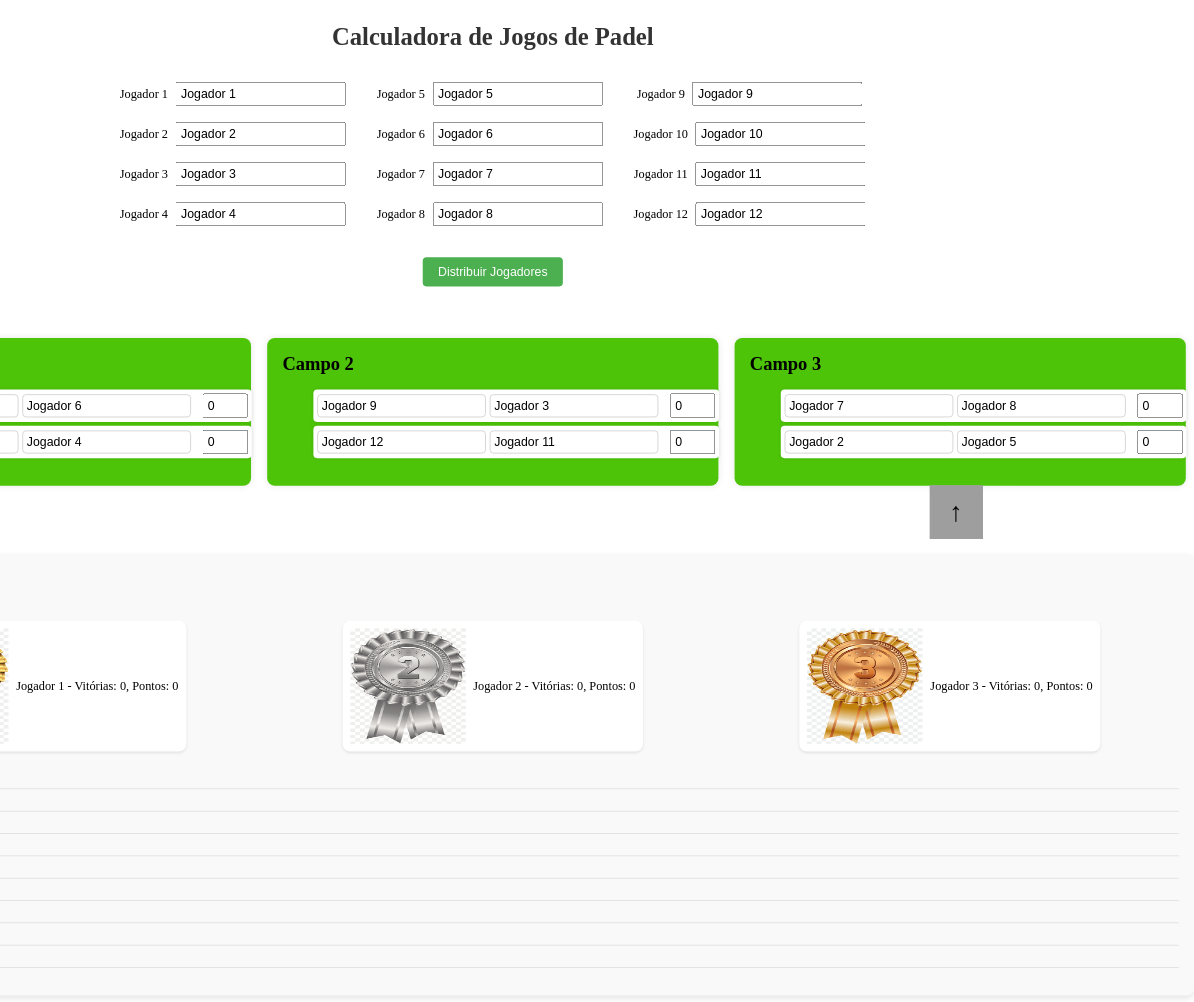
Repository: MarcioMiguel22/PadelMaster
Page: /calculadora, after clicking the first element matching `button.distribute-button`
The author's editor kept a copy of each file at every save. The page is drawn from the files as they stood at one save, then again after the next save.
The browser window is 1280 px wide. The page is 1551 px wide, so the pictures cover 1551 px, including what lies to the right of the window. The pictures show the whole page, at 77% of full size.
Pictures or frames that could not be fetched are drawn as grey boxes. The project was rebuilt for these pictures with package versions that can differ from the ones it lists, and the page was loaded fresh each time. Also part of the build but not shown: vite.config.ts, src/pages/Home/Home.tsx, src/index.css.

Above is the page before, as saved 2024-06-14 15:04:35.

### src/main.tsx
///home/marciomiguel/code/MarcioMiguel22/Sites/PadelMaster/src/main.tsx
import { render } from 'react-dom';
import { StrictMode } from 'react';
import App from './App';
import './index.css';

const root = document.getElementById('root')!;
render(
  <StrictMode>
    <App />
  </StrictMode>,
  root
);

### src/App.tsx

///home/marciomiguel/code/MarcioMiguel22/Sites/PadelMaster/src/App.tsx

import { BrowserRouter, Routes, Route } from 'react-router-dom';
import Home from './pages/Home/Home';
import Calculadora from './pages/Calculadora/Calculadora';

function App() {
  return (
    <BrowserRouter>
      <Routes>
        <Route path="/" element={<Home />} />
        <Route path="/calculadora" element={<Calculadora />} /> // Wrap Calculadora component with curly braces
      </Routes>
    </BrowserRouter>
  );
}

export default App

### src/pages/Calculadora/Calculadora.tsx
import React, { useState } from 'react';
import './Calculadora.css';
import JogadoresLista from '../../components/components_calculadora/JogadoresLista';
import Jogo from '../../components/components_calculadora/Jogo';
import Ranking from '../../components/components_calculadora/Ranking';
import { Jogador, Time, Campo as CampoType } from '../../utils/types/types'; // Importando os tipos
import { iniciarProximoJogo } from '../../components/components_calculadora/logic/gameLogic'; // Importando a função
import ScrollToTopButton from '../../components/components_calculadora/ScrollToTopButton'; // Importando o novo componente

const jogadoresIniciais: Jogador[] = Array.from({ length: 12 }, (_, i) => ({
  id: i + 1,
  nome: `Jogador ${i + 1}`,
  vitorias: 0,
  pontos: 0,
}));

const embaralharArray = <T,>(array: T[]): T[] => {
  const copiaArray = [...array];
  for (let i = copiaArray.length - 1; i > 0; i--) {
    const j = Math.floor(Math.random() * (i + 1));
    [copiaArray[i], copiaArray[j]] = [copiaArray[j], copiaArray[i]];
  }
  return copiaArray;
};

const criarTimes = (jogadores: Jogador[]): Time[] => {
  const jogadoresEmbaralhados = embaralharArray(jogadores);
  const times: Time[] = [];
  for (let i = 0; i < jogadoresEmbaralhados.length; i += 2) {
    times.push({ jogadores: jogadoresEmbaralhados.slice(i, i + 2), resultado: 0 });
  }
  return times;
};

const criarCampos = (times: Time[]): CampoType[] => [
  { id: 1, times: times.slice(0, 2) },
  { id: 2, times: times.slice(2, 4) },
  { id: 3, times: times.slice(4, 6) },
];

const CalculadoraApp: React.FC = () => {
  const [jogadores, setJogadores] = useState<Jogador[]>(jogadoresIniciais);
  const [jogos, setJogos] = useState<CampoType[][]>([]);

  const handleNomeChange = (id: number, novoNome: string) => {
    setJogadores(jogadores.map(jogador =>
      jogador.id === id ? { ...jogador, nome: novoNome } : jogador
    ));
  };

  const handleResultadoChange = (jogoIndex: number, campoId: number, timeIndex: number, novoResultado: number) => {
    setJogos(jogos.map((jogo, idx) =>
      idx === jogoIndex
        ? jogo.map(campo =>
            campo.id === campoId
              ? {
                  ...campo,
                  times: campo.times.map((time, index) =>
                    index === timeIndex ? { ...time, resultado: novoResultado } : time
                  ),
                }
              : campo
          )
        : jogo
    ));
  };

  const handleNomeEdit = (jogoIndex: number, campoId: number, timeIndex: number, jogadorIndex: number, novoNome: string) => {
    setJogos(jogos.map((jogo, idx) =>
      idx === jogoIndex
        ? jogo.map(campo =>
            campo.id === campoId
              ? {
                  ...campo,
                  times: campo.times.map((time, tIdx) =>
                    tIdx === timeIndex
                      ? {
                          ...time,
                          jogadores: time.jogadores.map((jogador, jIdx) =>
                            jIdx === jogadorIndex ? { ...jogador, nome: novoNome } : jogador
                          ),
                        }
                      : time
                  ),
                }
              : campo
          )
        : jogo
    ));
  };

  const distribuirJogadores = () => {
    const times = criarTimes(jogadores);
    const novosCampos = criarCampos(times);
    setJogos([novosCampos]);
  };

  const getTeamClass = (campo: CampoType, timeIndex: number): string => {
    if (campo.times.length < 2) return '';
    const resultadoAtual = campo.times[timeIndex].resultado;
    const resultadoOponente = campo.times[1 - timeIndex]?.resultado;
    if (resultadoAtual > resultadoOponente) return 'team vencedor';
    if (resultadoAtual < resultadoOponente) return 'team perdedor';
    return 'team';
  };

  const jogadoresClassificados = [...jogadores].sort((a, b) => {
    if (b.vitorias === a.vitorias) {
      return b.pontos - a.pontos;
    }
    return b.vitorias - a.vitorias;
  });

  return (
    <div className="calculadora-container">
      <h1>Calculadora de Jogos de Padel</h1>
      <div className="main-content">
        <JogadoresLista jogadores={jogadores} handleNomeChange={handleNomeChange} />
        <div className="fields-container">
          <button onClick={distribuirJogadores} className="distribute-button">Distribuir Jogadores</button>
          {jogos.map((jogo, jogoIndex) => (
            <Jogo
              key={jogoIndex}
              jogo={jogo}
              jogoIndex={jogoIndex}
              handleResultadoChange={handleResultadoChange}
              handleNomeEdit={handleNomeEdit}
              getTeamClass={getTeamClass}
            />
          ))}
        </div>
        {jogos.length > 0 && jogos.length < 5 && (
          <button onClick={() => iniciarProximoJogo(jogos, setJogos)} className="distribute-button">Jogo {jogos.length + 1}</button>
        )}
        <ScrollToTopButton />
        <Ranking jogadoresClassificados={jogadoresClassificados} />
      </div>
    </div>
  );
};

export default CalculadoraApp;

### src/pages/Home/Home.module.css
.padel-container {
  text-align: center;
  background-color: white;
  padding: 20px;
  border-radius: 10px;
  box-shadow: 0 0 10px rgba(0, 0, 0, 0.1);
}

h1 {
  color: #333;
  margin-bottom: 20px;
}

.padel-image {
  max-width: 50%;
  height: auto;
  border-radius: 10px;
  margin-bottom: 20px;
}

.enter-button {
  background-image: url('../../assets/images/tennis-ball.png'); /* Ensure the path is correct */
  background-size: cover;
  background-position: center;
  background-repeat: no-repeat;
  width: 60px;
  height: 60px;
  border: none;
  border-radius: 50%;
  cursor: pointer;
  padding: 0;
}

.enter-button:hover {
  transform: scale(1.1);
}

### src/pages/Calculadora/Calculadora.css
.calculadora-container {
  /* padding: 20px;
  text-align: center; */
  display: flex;
  flex-direction: column;
  align-items: center;
  gap: 20px;
}

.main-content {
  /* display: flex;
  flex-direction: column;
  align-items: center;*/
  gap: 20px;
}

.jogadores-lista {
  display: flex;
  flex-direction: row;
  justify-content: center;
  gap: 40px;
  /* margin-bottom: 20px; */

}

.jogadores-coluna {
  display: flex;
  flex-direction: column;
  align-items: center;
  gap: 10px;
}

.jogador-item {
  display: flex;
  align-items: center;
  margin-bottom: 10px;
}

.jogador-item label {
  margin-right: 10px;
}

.jogador-item input {
  padding: 5px;
  font-size: 16px;
}

.jogador-input {
  margin-right: 5px;
  padding: 5px;
  font-size: 16px;
  border: 1px solid #ccc;
  border-radius: 5px;
}

.distribute-button, .scroll-to-top {
  background-color: #4CAF50;
  color: white;
  padding: 10px 20px;
  border: none;
  border-radius: 5px;
  cursor: pointer;
  font-size: 16px;
  margin-top: 10px;
}

.distribute-button:hover, .scroll-to-top:hover {
  background-color: #45a049;
}

.fields-container {
  display: flex;
  flex-direction: column;
  align-items: center;
  margin-top: 20px;
}

.jogo {
  margin-bottom: 40px;
}

.campos {
  display: flex;
  justify-content: space-around;
}

.field {
  background-color: #4dc408;
  padding: 20px;
  border-radius: 10px;
  box-shadow: 0 0 10px rgba(0, 0, 0, 0.1);
  width: 30%;
}

.field h2 {
  margin-top: 0;
}

.team {

  list-style-type: none;
  padding: 5px;
  background-color: #fff;
  margin: 5px 0;
  border-radius: 5px;
  box-shadow: 0 0 5px rgba(0, 0, 0, 0.1);
  width:fit-content; /* Ajuste o valor conforme necessário */
}


.team.vencedor {
  background-color: #d4edda; /* Verde claro */
}

.team.perdedor {
  background-color: #f8d7da; /* Vermelho claro */
}

.team div {
  display: flex;
  align-items: center;
}

.team input.resultado-input {
  margin-left: 10px;
  width: 45px;
  padding: 5px;
  font-size: 16px;
}

.ranking-container {
  margin-top: 40px;
}

.ranking-container h2 {
  margin-bottom: 10px;
}

.ranking-container ul {
  list-style-type: none;
  padding: 0;
}

.ranking-container li {
  margin: 5px 0;
}

### src/components/components_calculadora/JogadoresLista.tsx
import React from 'react';
import JogadorItem from './JogadorItem';
import { Jogador } from '../../utils/types/types'; // Importando o tipo Jogador

interface JogadoresListaProps {
  jogadores: Jogador[];
  handleNomeChange: (id: number, novoNome: string) => void;
}

const JogadoresLista: React.FC<JogadoresListaProps> = ({ jogadores, handleNomeChange }) => (
  <div className="jogadores-lista">
    {Array.from({ length: 3 }, (_, i) => (
      <div className="jogadores-coluna" key={i}>
        {jogadores.slice(i * 4, (i + 1) * 4).map(jogador => (
          <JogadorItem
            key={jogador.id}
            jogador={jogador}
            handleNomeChange={handleNomeChange}
          />
        ))}
      </div>
    ))}
  </div>
);

export default JogadoresLista;

### src/components/components_calculadora/Jogo.tsx
import React from 'react';
import Campo from './Campo';
import { Campo as CampoType } from '../../utils/types/types'; // Importando o tipo Campo corretamente

interface JogoProps {
  jogo: CampoType[]; // Usando o tipo importado para definir a propriedade jogo
  jogoIndex: number;
  handleResultadoChange: (jogoIndex: number, campoId: number, timeIndex: number, novoResultado: number) => void;
  handleNomeEdit: (jogoIndex: number, campoId: number, timeIndex: number, jogadorIndex: number, novoNome: string) => void;
  getTeamClass: (campo: CampoType, timeIndex: number) => string;
}

const Jogo: React.FC<JogoProps> = ({ jogo, jogoIndex, handleResultadoChange, handleNomeEdit, getTeamClass }) => (
  <div className="jogo">
    <h2>Resultados Jogo {jogoIndex + 1}</h2>
    <div className="campos">
      {jogo.map(campo => (
        <Campo
          key={campo.id}
          campo={campo}
          jogoIndex={jogoIndex}
          handleResultadoChange={handleResultadoChange}
          handleNomeEdit={handleNomeEdit}
          getTeamClass={getTeamClass}
        />
      ))}
    </div>
  </div>
);

export default Jogo;

### src/components/components_calculadora/Ranking.tsx
import React from 'react';
import ouro from '../../assets/images/ouro.png';
import prata from '../../assets/images/prata.png';
import bronze from '../../assets/images/bronze.png';
import styles from './Ranking.module.css';

interface Jogador {
  id: number;
  nome: string;
  vitorias: number;
  pontos: number;
}

interface RankingProps {
  jogadoresClassificados: Jogador[];
}

const Ranking: React.FC<RankingProps> = ({ jogadoresClassificados }) => {
  const top3 = jogadoresClassificados.slice(0, 3);
  const outrosJogadores = jogadoresClassificados.slice(3);

  const medalhas = [ouro, prata, bronze];

  return (
    <div className={styles.rankingContainer}>
      <h2>Ranking dos Jogadores</h2>
      <div className={styles.top3Container}>
        {top3.map((jogador, index) => (
          <div key={jogador.id} className={styles.top3Item}>
            <img src={medalhas[index]} alt={`Medalha de ${index + 1}`} className={styles.medalha} />
            {jogador.nome} - Vitórias: {jogador.vitorias}, Pontos: {jogador.pontos}
          </div>
        ))}
      </div>
      <ul className={styles.outrosJogadores}>
        {outrosJogadores.map((jogador) => (
          <li key={jogador.id}>
            {jogador.nome} - Vitórias: {jogador.vitorias}, Pontos: {jogador.pontos}
          </li>
        ))}
      </ul>
    </div>
  );
};

export default Ranking;

### src/components/components_calculadora/logic/gameLogic.ts
import { Jogador, Campo as CampoType } from '../../../utils/types/types';

export const separarDuplas = (jogadores: Jogador[]): Jogador[] => {
  const separados: Jogador[] = [];
  while (jogadores.length) {
    const [jogador1, jogador2] = jogadores.splice(0, 2);
    separados.push(jogador1);
    if (jogador2) separados.push(jogador2);
  }
  return separados;
};

export const iniciarProximoJogo = (jogos: CampoType[][], setJogos: React.Dispatch<React.SetStateAction<CampoType[][]>>) => {
  const ultimoJogo = jogos[jogos.length - 1];
  const novosCampos: CampoType[] = [
    { id: 1, times: [] },
    { id: 2, times: [] },
    { id: 3, times: [] },
  ];

  const campo1 = ultimoJogo.find(campo => campo.id === 1);
  const campo2 = ultimoJogo.find(campo => campo.id === 2);
  const campo3 = ultimoJogo.find(campo => campo.id === 3);

  if (campo1 && campo2 && campo3) {
    const [time1Campo1, time2Campo1] = campo1.times;
    const [time1Campo2, time2Campo2] = campo2.times;
    const [time1Campo3, time2Campo3] = campo3.times;

    // Vencedores e perdedores dos campos
    const vencedoresCampo1 = time1Campo1.resultado > time2Campo1.resultado ? time1Campo1.jogadores : time2Campo1.jogadores;
    const perdedoresCampo1 = time1Campo1.resultado > time2Campo1.resultado ? time2Campo1.jogadores : time1Campo1.jogadores;

    const vencedoresCampo2 = time1Campo2.resultado > time2Campo2.resultado ? time1Campo2.jogadores : time2Campo2.jogadores;
    const perdedoresCampo2 = time1Campo2.resultado > time2Campo2.resultado ? time2Campo2.jogadores : time1Campo2.jogadores;

    const vencedoresCampo3 = time1Campo3.resultado > time2Campo3.resultado ? time1Campo3.jogadores : time2Campo3.jogadores;
    const perdedoresCampo3 = time1Campo3.resultado > time2Campo3.resultado ? time2Campo3.jogadores : time1Campo3.jogadores;

    // Atualizar pontuação dos jogadores
    const margemVitoriaCampo1 = Math.abs(time1Campo1.resultado - time2Campo1.resultado);
    const margemVitoriaCampo2 = Math.abs(time1Campo2.resultado - time2Campo2.resultado);
    const margemVitoriaCampo3 = Math.abs(time1Campo3.resultado - time2Campo3.resultado);

    vencedoresCampo1.forEach(jogador => {
      jogador.vitorias += 1;
      jogador.pontos += margemVitoriaCampo1;
    });

    vencedoresCampo2.forEach(jogador => {
      jogador.vitorias += 1;
      jogador.pontos += margemVitoriaCampo2;
    });

    vencedoresCampo3.forEach(jogador => {
      jogador.vitorias += 1;
      jogador.pontos += margemVitoriaCampo3;
    });

    // Campo 1: vencedores do campo 1 e vencedores do campo 2
    novosCampos[0].times.push(
      { jogadores: [vencedoresCampo1[0], vencedoresCampo2[0]], resultado: 0 },
      { jogadores: [vencedoresCampo1[1], vencedoresCampo2[1]], resultado: 0 }
    );

    // Campo 2: perdedores do campo 1 e vencedores do campo 3
    novosCampos[1].times.push(
      { jogadores: [perdedoresCampo1[0], vencedoresCampo3[0]], resultado: 0 },
      { jogadores: [perdedoresCampo1[1], vencedoresCampo3[1]], resultado: 0 }
    );

    // Campo 3: perdedores do campo 2 e perdedores do campo 3
    novosCampos[2].times.push(
      { jogadores: [perdedoresCampo2[0], perdedoresCampo3[0]], resultado: 0 },
      { jogadores: [perdedoresCampo2[1], perdedoresCampo3[1]], resultado: 0 }
    );
  }

  setJogos([...jogos, novosCampos]);
};

### src/components/components_calculadora/ScrollToTopButton.tsx
import React from 'react';
import tennisBall from '../../assets/images/tennis-ball.png';
import styles from './ScrollToTopButton.module.css'; // Importando o arquivo CSS Module

const ScrollToTopButton: React.FC = () => {
  const scrollToTop = () => {
    window.scrollTo({ top: 0, behavior: 'smooth' });
  };

  return (
    <button onClick={scrollToTop} className={styles.scrollToTop}>
      <img src={tennisBall} alt="Tennis Ball" className={styles.tennisBall} />
      <span className={styles.arrowUp}>↑</span>
    </button>
  );
};

export default ScrollToTopButton;

### src/components/components_calculadora/JogadorItem.tsx
import React from 'react';
import { Jogador } from '../../utils/types/types'; // Importando o tipo Jogador

interface JogadorItemProps {
  jogador: Jogador;
  handleNomeChange: (id: number, novoNome: string) => void;
}

const JogadorItem: React.FC<JogadorItemProps> = ({ jogador, handleNomeChange }) => (
  <div className="jogador-item">
    <label>{`Jogador ${jogador.id}`}</label>
    <input
      type="text"
      value={jogador.nome}
      onChange={(e) => handleNomeChange(jogador.id, e.target.value)}
    />
  </div>
);

export default JogadorItem;

### src/components/components_calculadora/Campo.tsx
import React from 'react';
import { Campo as CampoType, Time, Jogador } from '../../utils/types/types'; // Corrigindo a importação dos tipos

interface CampoProps {
  campo: CampoType;
  jogoIndex: number;
  handleResultadoChange: (jogoIndex: number, campoId: number, timeIndex: number, novoResultado: number) => void;
  handleNomeEdit: (jogoIndex: number, campoId: number, timeIndex: number, jogadorIndex: number, novoNome: string) => void;
  getTeamClass: (campo: CampoType, timeIndex: number) => string;
}

const Campo: React.FC<CampoProps> = ({ campo, jogoIndex, handleResultadoChange, handleNomeEdit, getTeamClass }) => (
  <div className="field">
    <h2>Campo {campo.id}</h2>
    <ul>
      {campo.times.map((time: Time, idx: number) => (
        <li key={idx} className={getTeamClass(campo, idx)}>
          <div>
            {time.jogadores.map((jogador: Jogador, jogadorIndex: number) => (
              <span key={jogador.id}>
                <input
                  type="text"
                  value={jogador.nome}
                  onChange={(e) => handleNomeEdit(jogoIndex, campo.id, idx, jogadorIndex, e.target.value)}
                  className="jogador-input"
                />
                {jogadorIndex === 0 ? '  ' : ''}
              </span>
            ))}
            <input
              type="number"
              value={time.resultado}
              onChange={(e) => handleResultadoChange(jogoIndex, campo.id, idx, parseInt(e.target.value))}
              className="resultado-input"
            />
          </div>
        </li>
      ))}
    </ul>
  </div>
);

export default Campo;

### src/components/components_calculadora/Ranking.module.css
.rankingContainer {
  padding: 20px;
  background-color: #f9f9f9;
  border-radius: 10px;
  box-shadow: 0 4px 8px rgba(0, 0, 0, 0.1);
}

.top3Container {
  display: flex;
  justify-content: space-around;
  margin-bottom: 20px;
}

.top3Item {
  display: flex;
  align-items: center;
  padding: 10px;
  background-color: #ffffff;
  border-radius: 10px;
  box-shadow: 0 2px 4px rgba(0, 0, 0, 0.1);
}

.medalha {
  width: 150px;
  height: 150px;
  margin-right: 10px;
  transition: transform 0.3s ease-in-out;
}

.medalha:hover {
  transform: scale(1.2);
  animation: pulse 1s infinite;
}

@keyframes pulse {
  0% {
    transform: scale(1.2);
  }
  50% {
    transform: scale(1.25);
  }
  100% {
    transform: scale(1.2);
  }
}

.outrosJogadores {
  list-style-type: none;
  padding: 0;
}

.outrosJogadores li {
  padding: 5px 0;
  border-bottom: 1px solid #ddd;
}

### src/components/components_calculadora/ScrollToTopButton.module.css
.scrollToTop {
  position: fixed;
  bottom: 20px;
  left: 97%;
  transform: translateX(-50%);
  width: 70px;
  height: 70px;
  border: none;
  background: none;
  cursor: pointer;
  display: flex;
  align-items: center;
  justify-content: center;
}

.tennisBall {
  width: 100%;
  height: 100%;
  position: absolute;
}

.arrowUp {
  position: absolute;
  font-size: 35px;
  color: rgb(5, 5, 5);
  font-weight: bold;
  z-index: 1;
}

Loaded but not shown: index.html (common file)

After the next save:
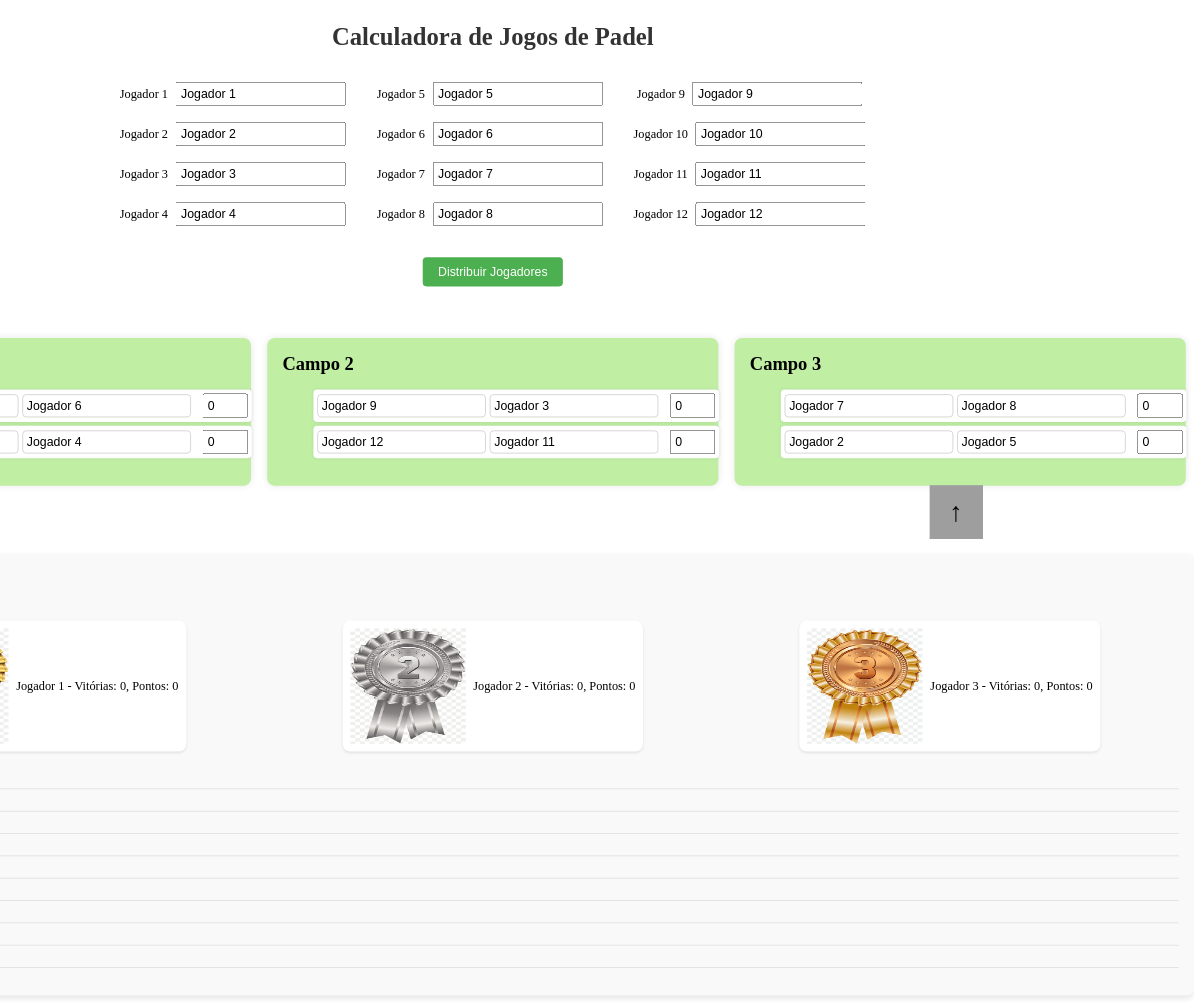
Saved 7 s later.
--- a/src/pages/Calculadora/Calculadora.css
+++ b/src/pages/Calculadora/Calculadora.css
@@ -85,7 +85,7 @@
 }
 
 .field {
-  background-color: #4dc408;
+  background-color: #c0efa4;
   padding: 20px;
   border-radius: 10px;
   box-shadow: 0 0 10px rgba(0, 0, 0, 0.1);
